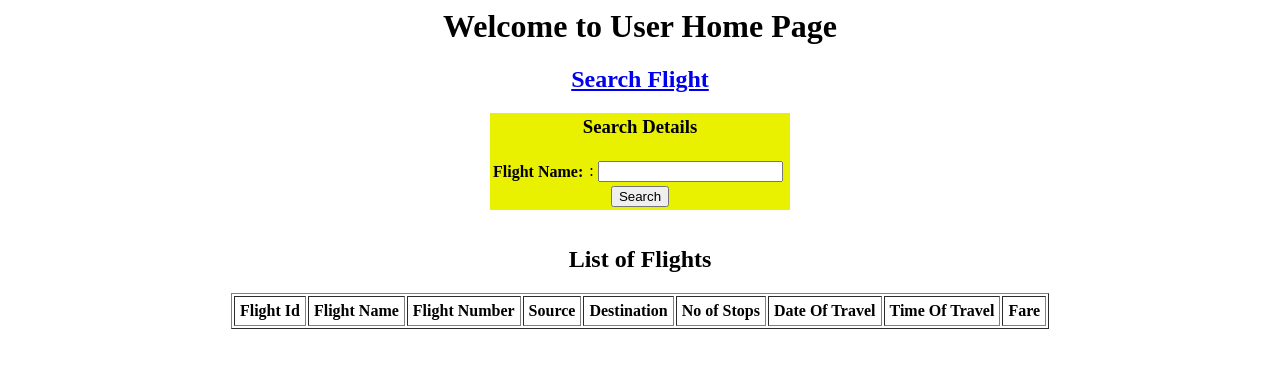
Repository: pawankas/Java_Mini_Project
Page: http://localhost/AirReservation/userHome.jsp
An editor plug-in stored every save of this project. The page is shown before and after the next save, followed by the edit.
The browser window is 1280 px wide. The pictures show the whole page.
The page is served by Tomcat 9.

Above is the page before, as saved 2022-03-17 09:42:33.

After the next save:
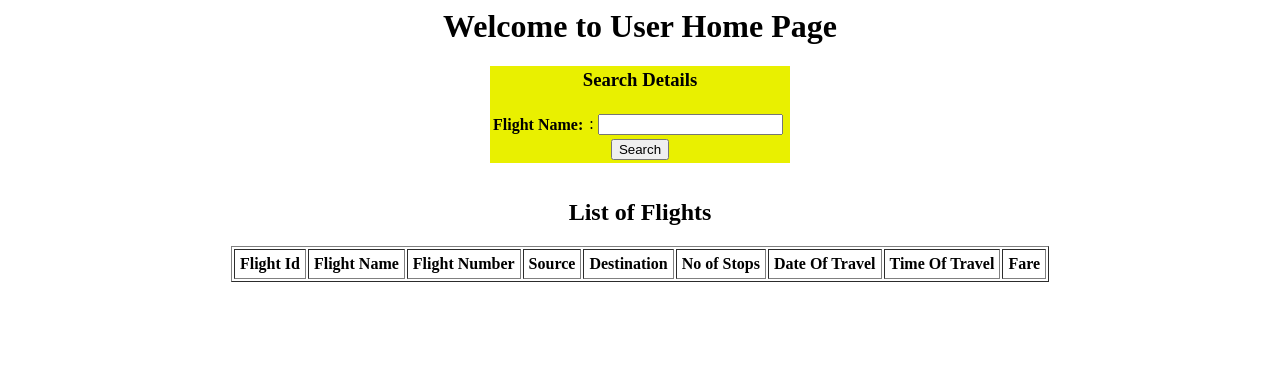
Saved 2 min 5 s later.
--- a/Mini_Project_Java/AirReservation/WebContent/userHome.jsp
+++ b/Mini_Project_Java/AirReservation/WebContent/userHome.jsp
@@ -12,12 +12,7 @@
     </center>
         <center>
 
-        <h2>
 
-
-            <a href="searchByName.jsp">Search Flight</a>
-
-        </h2>
         <form method="post" action="Search">
       <table border="0" width="300" align="center" bgcolor="#e9fh">
         <tr><td colspan=2 style="font-size:12pt;" align="center">
